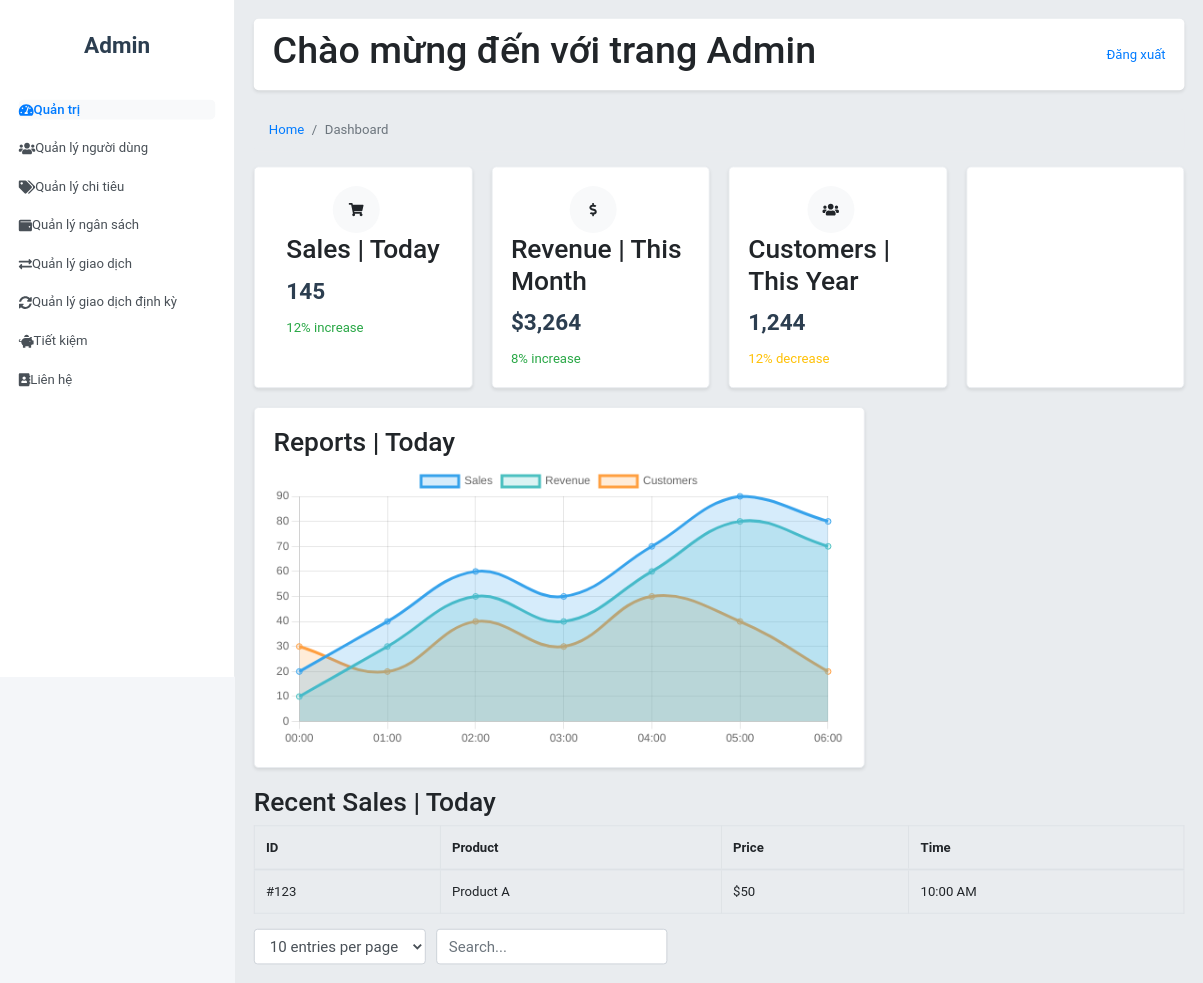
Repository: PhanVanHoa051204/Project3
Page: http://localhost/Project3/dashboard.jsp
The author's editor kept a copy of each file at every save. The page is drawn from the files as they stood at one save, then again after the next save.
The browser window is 1280 px wide. The pictures show the whole page, at 94% of full size.
The page is served by Tomcat 9.

Above is the page before, as saved 2025-03-14 18:39:09.
Console error: TypeError: Cannot read properties of null (reading 'getContext')

After the next save:
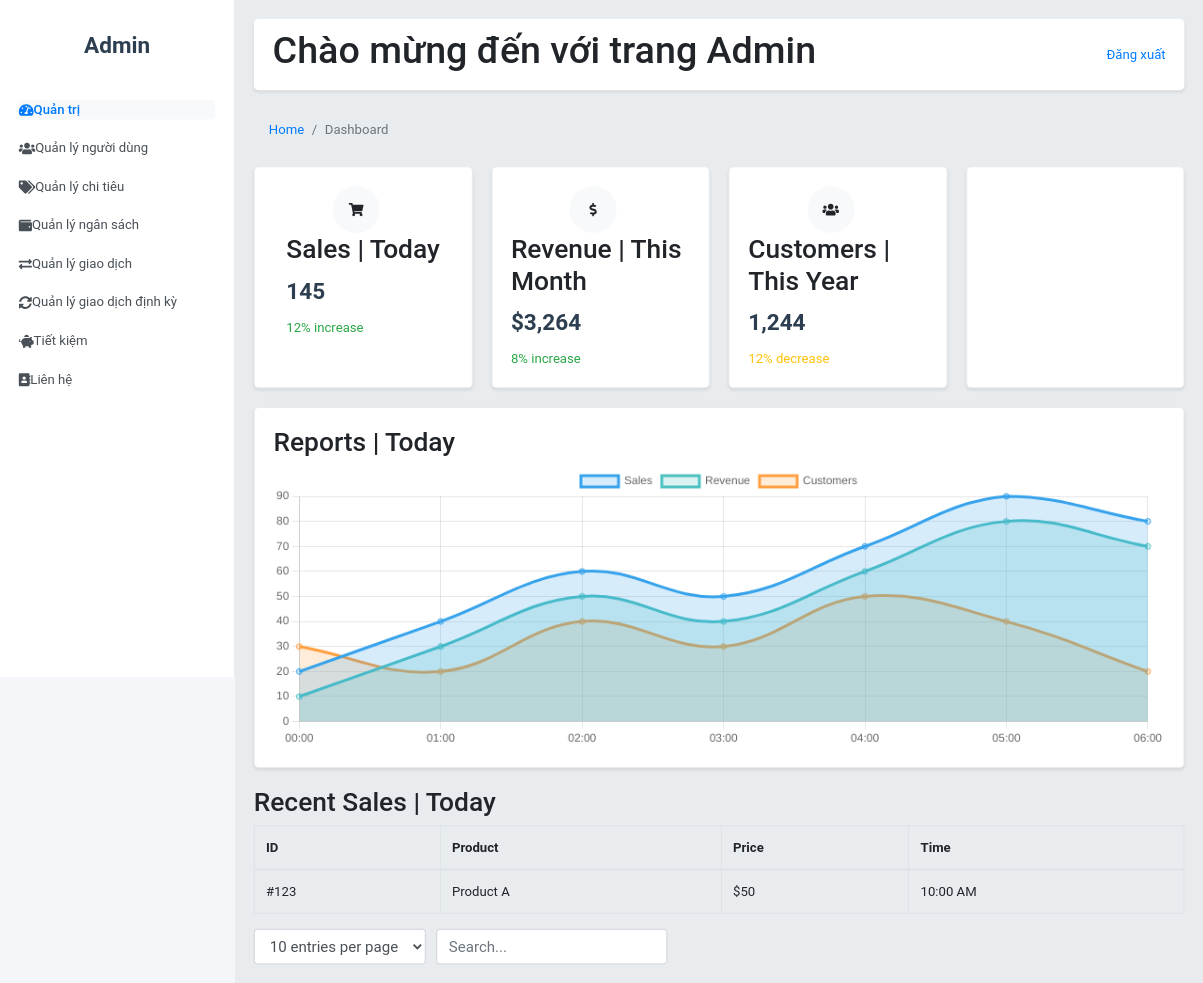
Saved 4 min 3 s later.
--- a/PhanVanHoa_2210900023_K22CNT1/Project3/src/main/webapp/dashboard.jsp
+++ b/PhanVanHoa_2210900023_K22CNT1/Project3/src/main/webapp/dashboard.jsp
@@ -117,7 +117,7 @@
 					</div>
 
 					<div class="row">
-						<div class="col-md-8">
+						<div class="col-md-12">
 							<div class="chart-section">
 								<h3>Reports | Today</h3>
 								<canvas id="reportsChart"></canvas>
